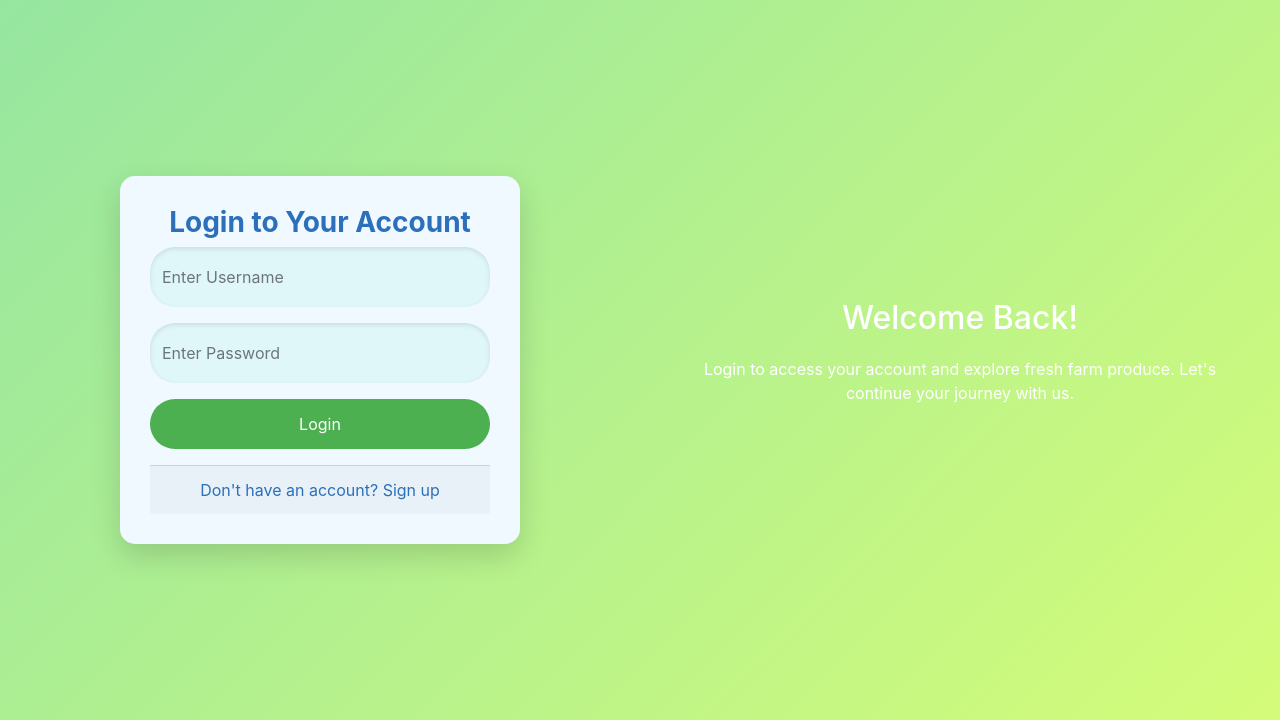
Repository: Dineshbabu290904/DigiMart
Page: http://localhost/DigiMart/login.jsp
The author's editor kept a copy of each file at every save. The page is drawn from the files as they stood at one save, then again after the next save.
The browser window is 1280 px wide. The pictures show the whole page.
Some web libraries are served in a nearby version. The page is served by Tomcat 9. Other server files are loaded and not shown.

Above is the page before, as saved 2024-10-16 15:17:29.

### DigiMart/src/main/webapp/login.jsp
<!DOCTYPE html>
<html lang="en">
<head>
    <meta charset="UTF-8">
    <meta name="viewport" content="width=device-width, initial-scale=1.0">
    <title>Login</title>
    <!-- Bootstrap CSS CDN -->
    <link href="https://stackpath.bootstrapcdn.com/bootstrap/4.5.2/css/bootstrap.min.css" rel="stylesheet">
    <!-- Custom CSS -->
    <style>
        body {
            background: linear-gradient(135deg, #96e6a1 0%, #d4fc79 100%); /* Light green gradient */
            display: flex;
            min-height: 100vh;
        }
        .login-section {
            display: flex;
            align-items: center;
            justify-content: center;
            min-height: 100vh;
        }
        .login-card {
            border-radius: 15px;
            background: #f0f9ff; /* Light blue background */
            padding: 30px;
            box-shadow: 0 12px 30px rgba(0, 0, 0, 0.15); /* Soft shadow */
            transition: transform 0.3s ease;
            width: 100%; /* Ensure full width on small devices */
            max-width: 400px; /* Set maximum width for the card */
        }
        .login-card:hover {
            transform: translateY(-5px); /* Subtle hover lift */
        }
        .login-card h3 {
            font-weight: bold;
            color: #2c6fbb; /* Cool blue for headings */
        }
        .login-card .form-control {
            border-radius: 25px;
            height: 60px; /* Increased height for input fields */
            background-color: #e0f7fa; /* Light cyan background for inputs */
            border: none;
            box-shadow: inset 0 2px 5px rgba(0, 0, 0, 0.1);
        }
        .btn-custom {
            border-radius: 25px;
            padding: 12px 25px;
            background-color: #4caf50; /* Light green button */
            color: white;
        }
        .card-footer a {
            color: #2c6fbb;
        }
        .description-section {
            text-align: center;
            color: white;
            padding: 40px;
        }
        .description-section h2 {
            font-size: 2rem;
            margin-bottom: 20px;
        }
    </style>
</head>
<body>

<div class="container-fluid">
    <div class="row login-section">
        <!-- Left Side: Login Form -->
        <div class="col-md-6 d-flex align-items-center justify-content-center">
            <div class="login-card">
                <h3 class="text-center">Login to Your Account</h3>
                <form action="login" method="post">
                    <div class="form-group">
                        <input type="text" class="form-control" id="username" name="username" placeholder="Enter Username" required>
                    </div>
                    <div class="form-group">
                        <input type="password" class="form-control" id="password" name="password" placeholder="Enter Password" required>
                    </div>
                    <button type="submit" class="btn btn-custom btn-block">Login</button>
                </form>
                <div class="card-footer text-center mt-3">
                    <a href="signup.jsp">Don't have an account? Sign up</a>
                </div>
            </div>
        </div>

        <!-- Right Side: Description -->
        <div class="col-md-6 d-none d-md-flex align-items-center justify-content-center description-section">
            <div>
                <h2>Welcome Back!</h2>
                <p>Login to access your account and explore fresh farm produce. Let's continue your journey with us.</p>
            </div>
        </div>
    </div>
</div>

<!-- Bootstrap JS and dependencies -->
<script src="https://code.jquery.com/jquery-3.5.1.slim.min.js"></script>
<script src="https://cdn.jsdelivr.net/npm/@popperjs/core@2.5.3/dist/umd/popper.min.js"></script>
<script src="https://stackpath.bootstrapcdn.com/bootstrap/4.5.2/js/bootstrap.min.js"></script>
</body>
</html>

After the next save:
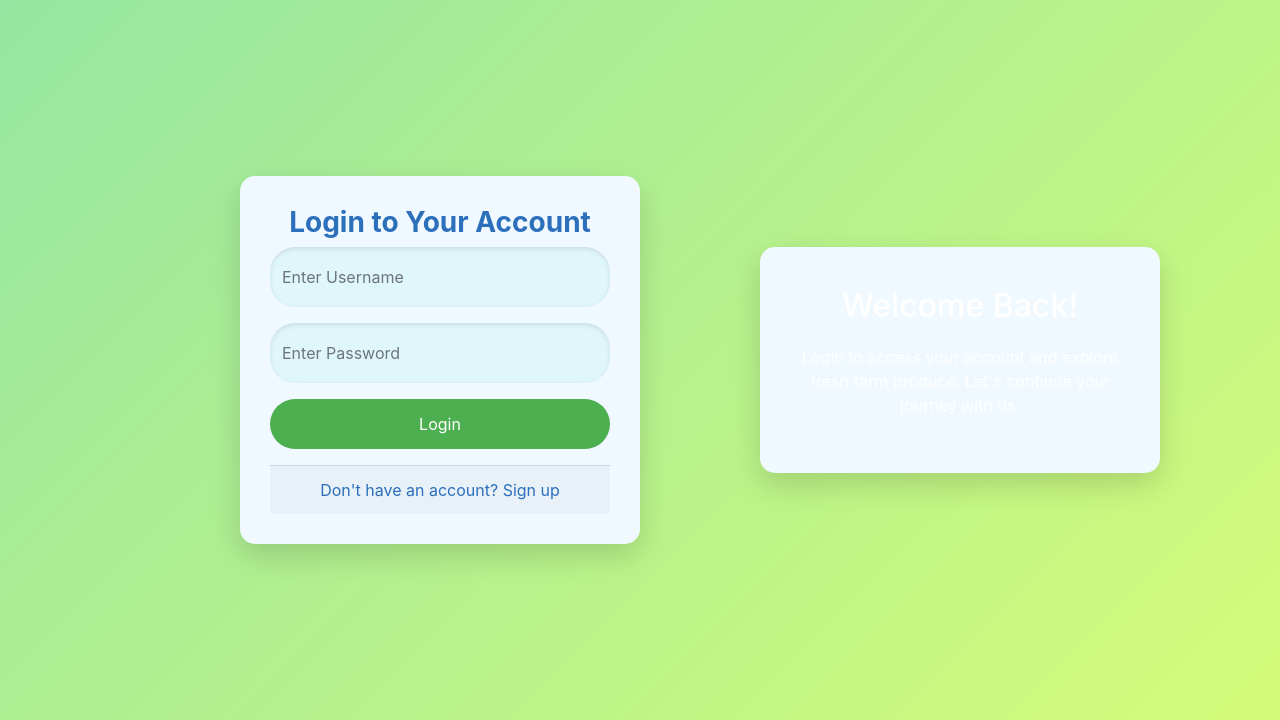
Saved 77 s later.
--- a/DigiMart/src/main/webapp/login.jsp
+++ b/DigiMart/src/main/webapp/login.jsp
@@ -86,7 +86,7 @@
         </div>
 
         <!-- Right Side: Description -->
-        <div class="col-md-6 d-none d-md-flex align-items-center justify-content-center description-section">
+        <div class="col-md-6 login-card d-none d-md-flex align-items-center justify-content-center description-section">
             <div>
                 <h2>Welcome Back!</h2>
                 <p>Login to access your account and explore fresh farm produce. Let's continue your journey with us.</p>

After the save that followed:
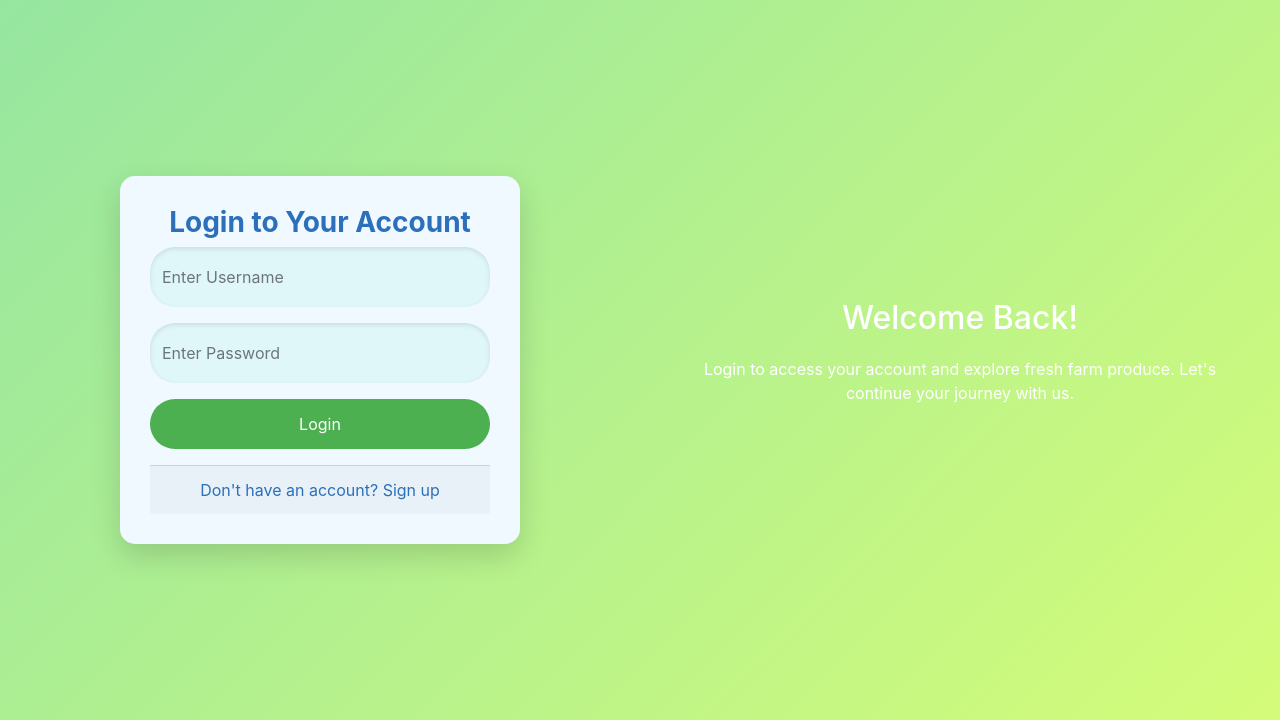
Saved 45 s later.
--- a/DigiMart/src/main/webapp/login.jsp
+++ b/DigiMart/src/main/webapp/login.jsp
@@ -86,7 +86,7 @@
         </div>
 
         <!-- Right Side: Description -->
-        <div class="col-md-6 login-card d-none d-md-flex align-items-center justify-content-center description-section">
+        <div class="col-md-6 d-light d-md-flex align-items-center justify-content-center description-section">
             <div>
                 <h2>Welcome Back!</h2>
                 <p>Login to access your account and explore fresh farm produce. Let's continue your journey with us.</p>
